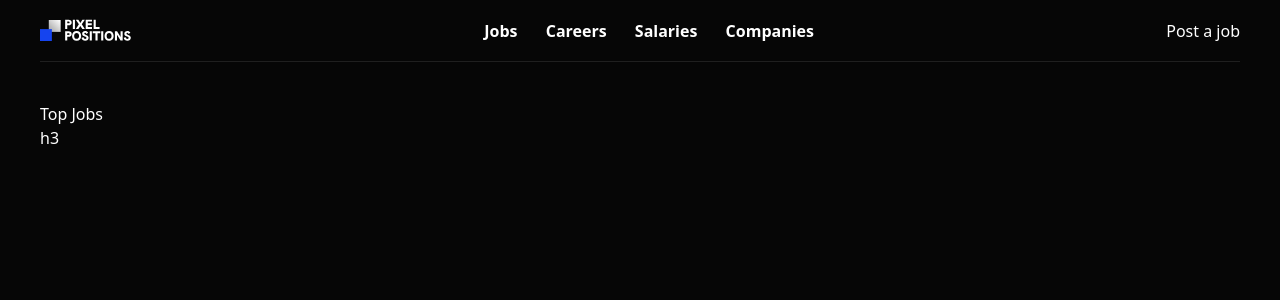
Repository: aggepap/pixel-positions-laravel
Page: http://localhost/
The author's editor kept a copy of each file at every save. The page is drawn from the files as they stood at one save, then again after the next save.
The browser window is 1280 px wide. The pictures show the whole page.
The page is served by the project's Laravel application, run on PHP 8.4 with Laravel 12. Style sheets and scripts are compiled from the project's sources, by tool versions that may differ from the author's.

Above is the page before, as saved 2025-02-21 20:31:40.

After the next save:
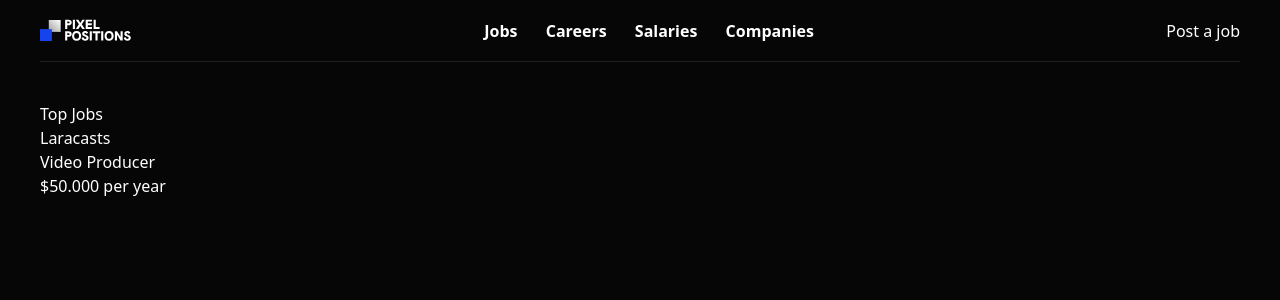
Saved 29 s later.
--- a/resources/views/welcome.blade.php
+++ b/resources/views/welcome.blade.php
@@ -3,8 +3,9 @@
         <h3>Top Jobs</h3>
         <div class="">
             <div class="">
-                <div>h3</div>
-                <div></div>
+                <div>Laracasts</div>
+                <div><h3>Video Producer</h3>
+                <p>$50.000 per year</p></div>
                 <div></div>
             </div>
         </div>
